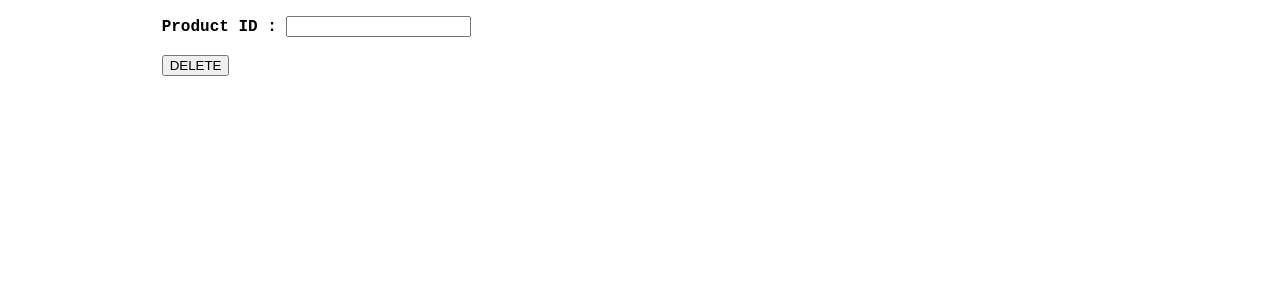
Repository: saxenagau/StrutsApplications
Page: http://localhost/DispatchAction/jsp/deleteform.jsp
These files come from the project's save history. The page is drawn as it stood at one moment and after the next save; the edit follows.
The browser window is 1280 px wide. The pictures show the whole page.
The page is served by Tomcat 9. Other server files are loaded and not shown.

Above is the page before, as saved 2012-07-24 07:47:25.

### BuiltInActions/DispatchAction/WebContent/jsp/deleteform.jsp
<%@ page language="java" contentType="text/html; charset=ISO-8859-1"
    pageEncoding="ISO-8859-1"%>
<%@ taglib prefix="html" uri="/WEB-INF/tld/struts-html.tld" %>
<!DOCTYPE html PUBLIC "-//W3C//DTD HTML 4.01 Transitional//EN" "http://www.w3.org/TR/html4/loose.dtd">
<html>
<head>
<meta http-equiv="Content-Type" content="text/html; charset=ISO-8859-1">
<title>Insert title here</title>
</head>
<body><b><font size="4">
	<html:form method="post" action="/delete.do">
		<pre>
		Product ID : <html:text property="pid"></html:text><br>
		<html:submit>DELETE</html:submit>
		<html:hidden property="method" value="delete"/>
		</pre>
	</html:form>
</font></b></body>
</html>

After the next save:
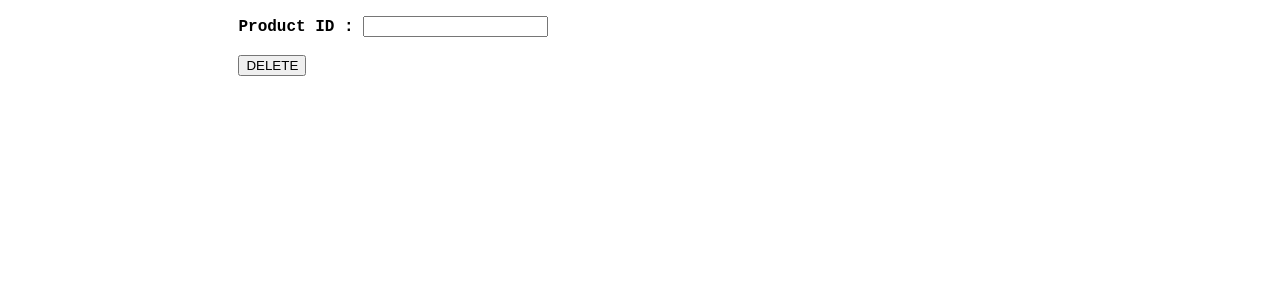
Saved 9 s later.
--- a/BuiltInActions/DispatchAction/WebContent/jsp/deleteform.jsp
+++ b/BuiltInActions/DispatchAction/WebContent/jsp/deleteform.jsp
@@ -10,9 +10,9 @@
 <body><b><font size="4">
 	<html:form method="post" action="/delete.do">
 		<pre>
-		Product ID : <html:text property="pid"></html:text><br>
-		<html:submit>DELETE</html:submit>
-		<html:hidden property="method" value="delete"/>
+			Product ID : <html:text property="pid"></html:text><br>
+			<html:submit>DELETE</html:submit>
+			<html:hidden property="method" value="delete"/>
 		</pre>
 	</html:form>
 </font></b></body>

After the save that followed:
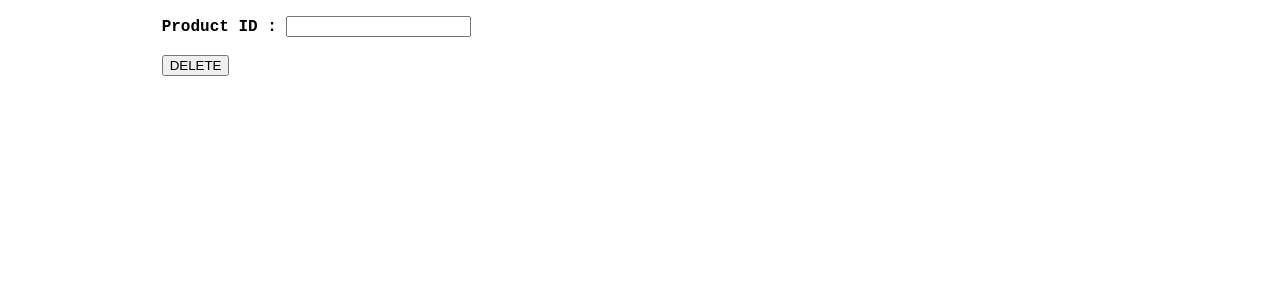
Saved 60 s later.
--- a/BuiltInActions/DispatchAction/WebContent/jsp/deleteform.jsp
+++ b/BuiltInActions/DispatchAction/WebContent/jsp/deleteform.jsp
@@ -9,11 +9,11 @@
 </head>
 <body><b><font size="4">
 	<html:form method="post" action="/delete.do">
-		<pre>
-			Product ID : <html:text property="pid"></html:text><br>
-			<html:submit>DELETE</html:submit>
-			<html:hidden property="method" value="delete"/>
-		</pre>
+	<pre>
+		Product ID : <html:text property="pid"></html:text><br>
+		<html:submit>DELETE</html:submit>
+		<html:hidden property="method" value="delete"/>
+	</pre>
 	</html:form>
 </font></b></body>
 </html>
